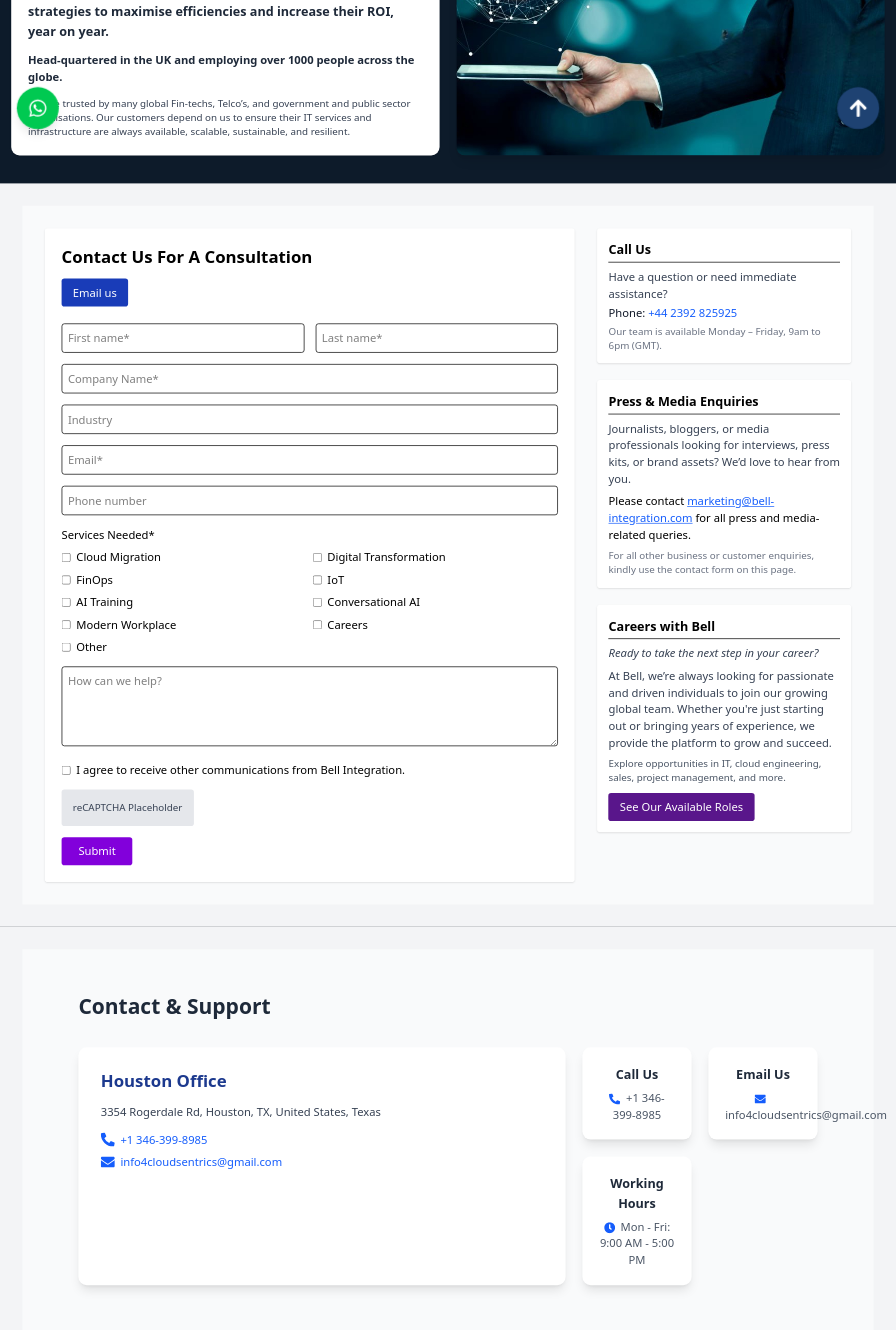
Repository: chykesure/cloudsentrics_
Page: /contact
An editor plug-in stored every save of this project. The page is shown before and after the next save, followed by the edit.
The browser window is 1280 px wide. The pictures show the part of the page from y = 510 to 2410 px (the page is 3069 px tall before and 3409 px after), at 70% of full size.
Pictures or frames that could not be fetched are drawn as grey boxes. The project was rebuilt for these pictures with package versions that can differ from the ones it lists, and the page was loaded fresh each time. Also part of the build but not shown: vite.config.js, src/pages/Header.jsx, src/pages/Footer.jsx, src/pages/students/Reviews.jsx, src/pages/students/Testimony.jsx, src/pages/students/TestimonyLanding.jsx, src/pages/LandingPage.jsx, src/pages/students/Header.jsx and 41 more.

Above is the page before, as saved 2025-04-09 12:57:16.

After the next save:
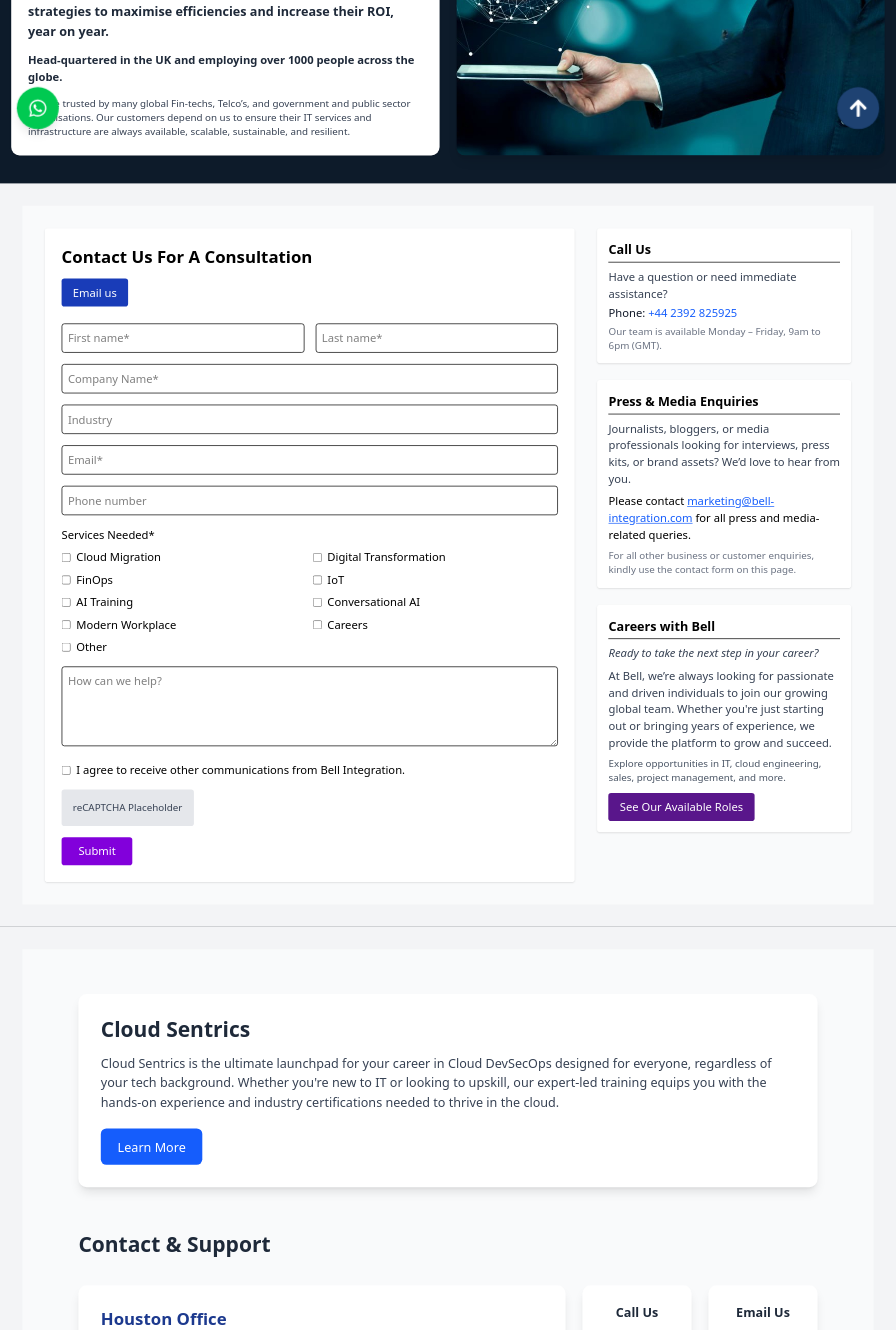
Saved 94 s later.
--- a/src/pages/partners/main_menu/contactmap.jsx
+++ b/src/pages/partners/main_menu/contactmap.jsx
@@ -4,6 +4,21 @@
 const ContactMap = () => {
     return (
         <div className="bg-[#f9fafb] pt-16 px-4 sm:px-6 lg:px-20">
+            {/* Cloud Sentrics Introduction Section */}
+            <div className="bg-white rounded-xl shadow-lg p-8 mb-16">
+                <h2 className="text-3xl font-semibold text-gray-800 mb-4">Cloud Sentrics</h2>
+                <p className="text-gray-700 text-lg mb-6">
+                    Cloud Sentrics is the ultimate launchpad for your career in Cloud DevSecOps designed for everyone, regardless of your tech background. Whether you're new to IT or looking to upskill, our expert-led training equips you with the hands-on experience and industry certifications needed to thrive in the cloud.
+                </p>
+                <a
+                    href="#"
+                    className="inline-block bg-blue-600 text-white px-6 py-3 rounded-lg text-lg hover:bg-blue-700 transition-colors"
+                >
+                    Learn More
+                </a>
+            </div>
+
+            {/* Contact & Support Section */}
             <h2 className="text-3xl font-semibold text-gray-800 mb-10">Contact & Support</h2>
 
             {/* Unified Grid: Office Info + Bottom Info Boxes */}
